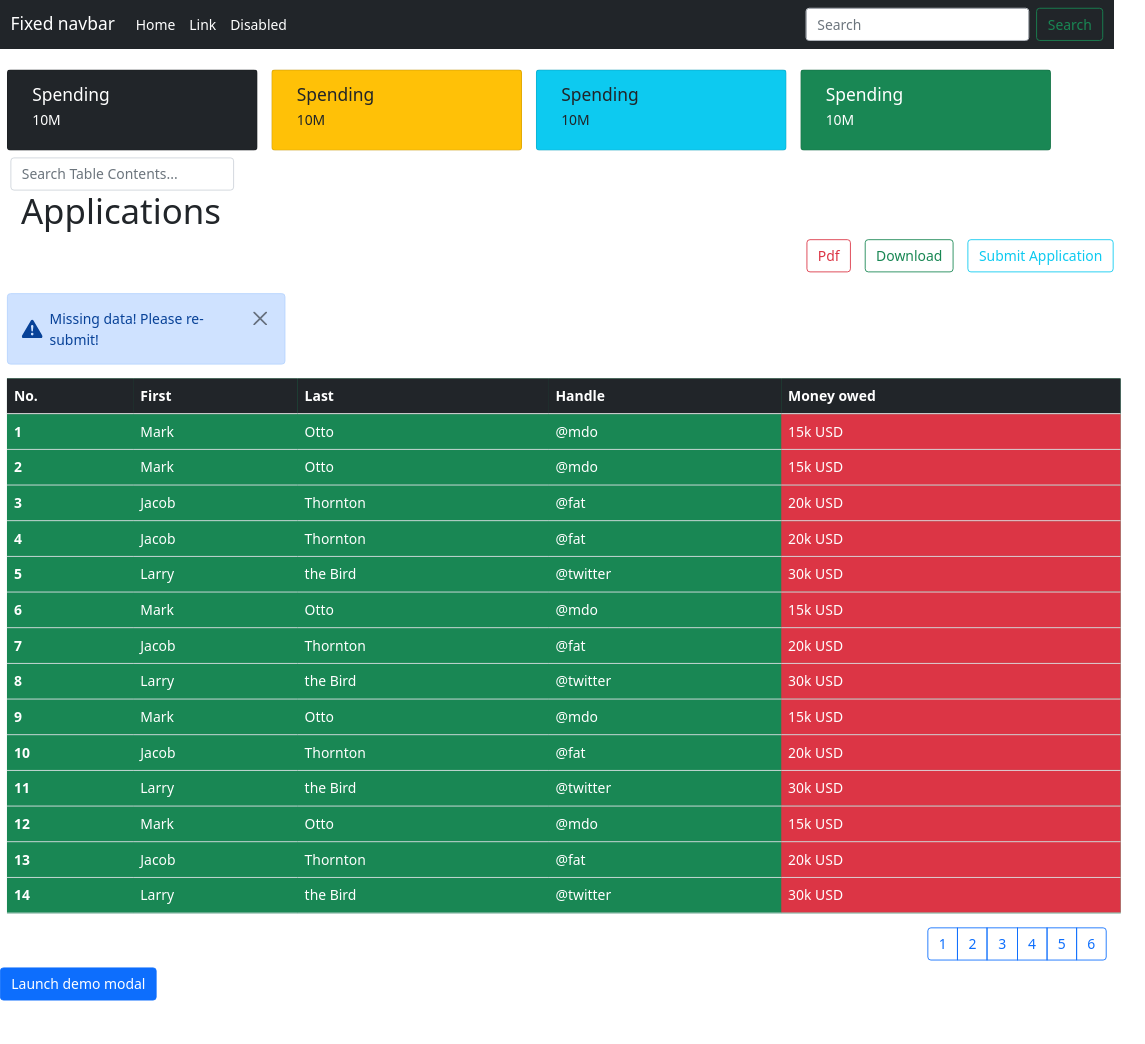
Repository: Dayvid0/BOOTSTRAP-TUTORIALS
Page: BOOTSTRAP-GRID-LAYOUTS/zylo.html
These files come from the project's save history. The page is drawn as it stood at one moment and after the next save; the edit follows.
The browser window is 1280 px wide. The page is 1316 px wide, so the pictures cover 1316 px, including what lies to the right of the window. The pictures show the whole page, at 87% of full size.

Above is the page before, as saved 2025-02-01 09:44:20.

After the next save:
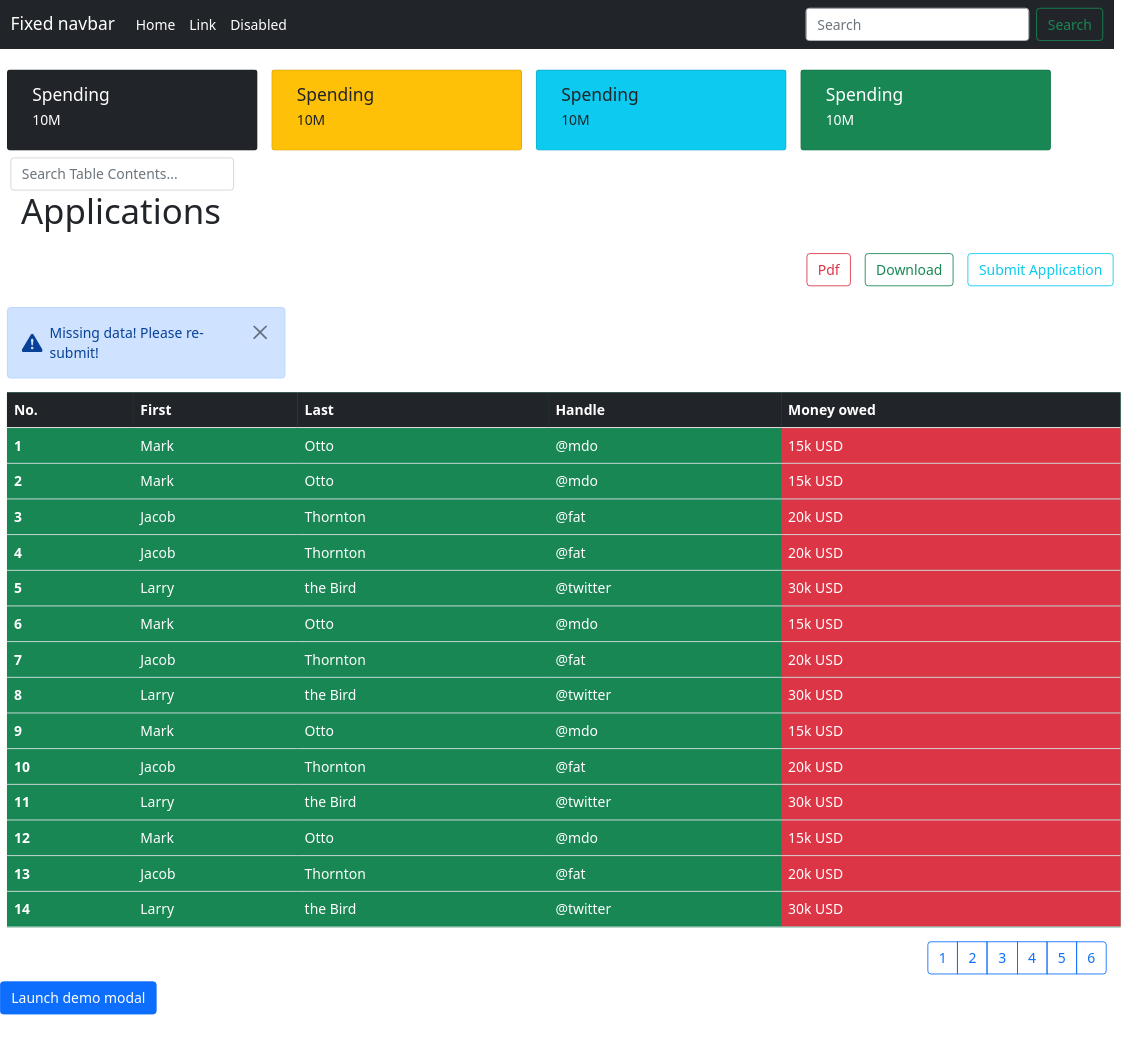
Saved 5 min 47 s later.
--- a/BOOTSTRAP-GRID-LAYOUTS/zylo.html
+++ b/BOOTSTRAP-GRID-LAYOUTS/zylo.html
@@ -73,6 +73,11 @@
         <h1 class="mx-4">Applications</h1>
       </div>
       <!--buttons-->
+      <div class="row d-flex m-2">
+        <div class="modal fade" id="exampleModal" tabindex="-1" aria-labelledby="exampleModalLabel" aria-hidden="true">
+          <button type="button" class="btn btn-outline-info">Add New Application</button>
+        </div>
+      </div>
       <div class="col pb-4 d-flex gap-3 justify-content-end align-items ">
         <button type="button" class="btn btn-outline-danger">Pdf</button>
         <button type="button" class="btn btn-outline-success">Download</button>
